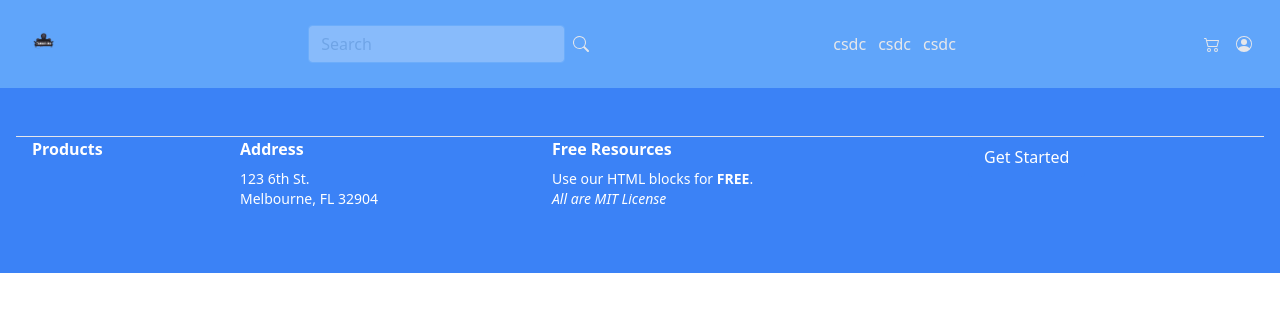
Repository: DevLaukey/Jitu-final
Page: / (app in frontend/)
An editor plug-in stored every save of this project. The page is shown before and after the next save, followed by the edit.
The browser window is 1280 px wide. The pictures show the whole page.
The project was rebuilt for these pictures with package versions that can differ from the ones it lists, and the page was loaded fresh each time.

Above is the page before, as saved 2022-07-13 14:07:56.

After the next save:
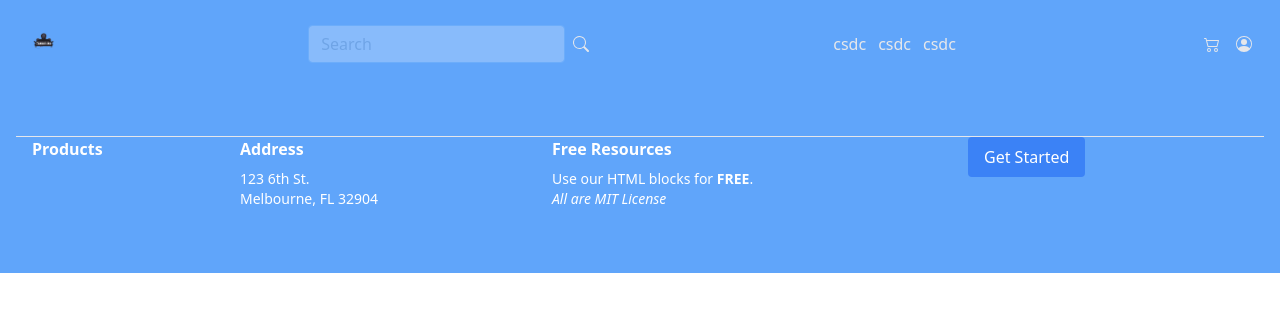
Saved 12 s later.
--- a/frontend/src/components/Footer.js
+++ b/frontend/src/components/Footer.js
@@ -2,7 +2,7 @@ import React from "react";
 
 function Footer() {
   return (
-    <footer class="footer-1 text-white bg-blue-500 py-8 sm:py-12">
+      <footer class="footer-1 text-white bg-blue-400 py-8 sm:py-12">
       <div class="container mx-auto px-4">
 
         <div class="sm:flex sm:flex-wrap border-t">
